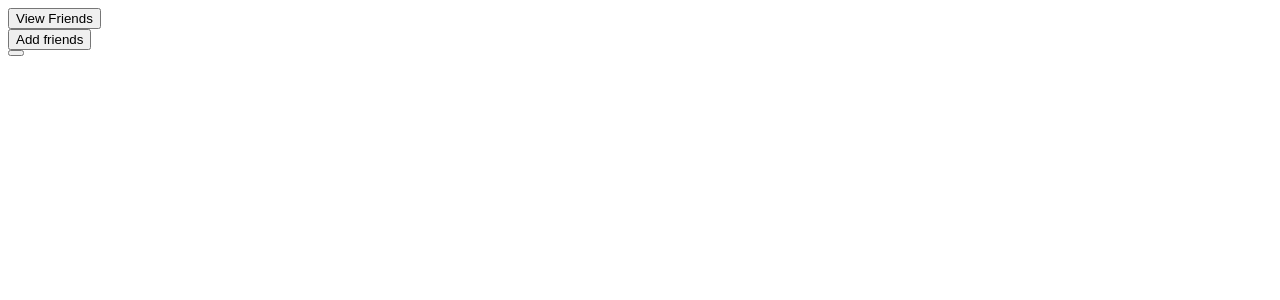
Repository: JamesArul/CLBSiteSTMT
Page: StudentsMeetFrontEnd/WebContent/User/FriendHome.html
The author's editor kept a copy of each file at every save. The page is drawn from the files as they stood at one save, then again after the next save.
The browser window is 1280 px wide. The pictures show the whole page.

Above is the page before, as saved 2017-06-03 11:27:54.

After the next save:
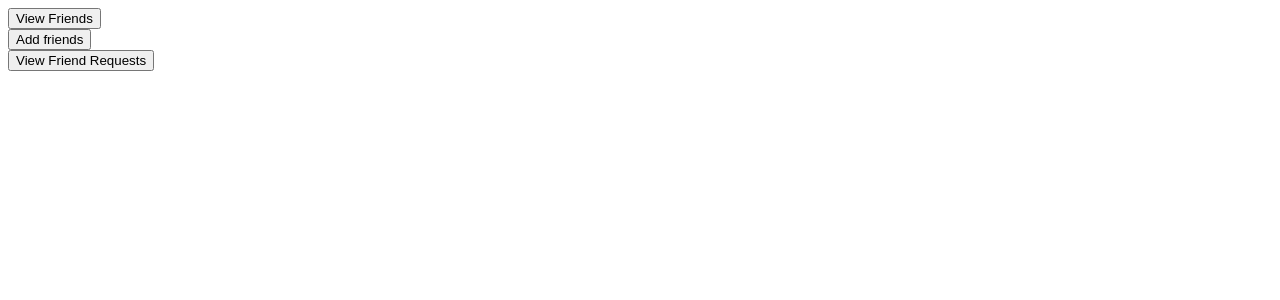
Saved 40 s later.
--- a/StudentsMeetFrontEnd/WebContent/User/FriendHome.html
+++ b/StudentsMeetFrontEnd/WebContent/User/FriendHome.html
@@ -8,7 +8,7 @@
 <button type="button" class="btn btn-success" ng-click="ctrl.getAllUsers()">Add friends</button>
 </div>
 <div class="col-sm-4">
-<button type="button" class="btn btn-success" ng-click="ctrl.getAllUsers()"></button>
+<button type="button" class="btn btn-success" ng-click="ctrl.getAllUsers()">View Friend Requests</button>
 </div>
 </div>
 </div>
